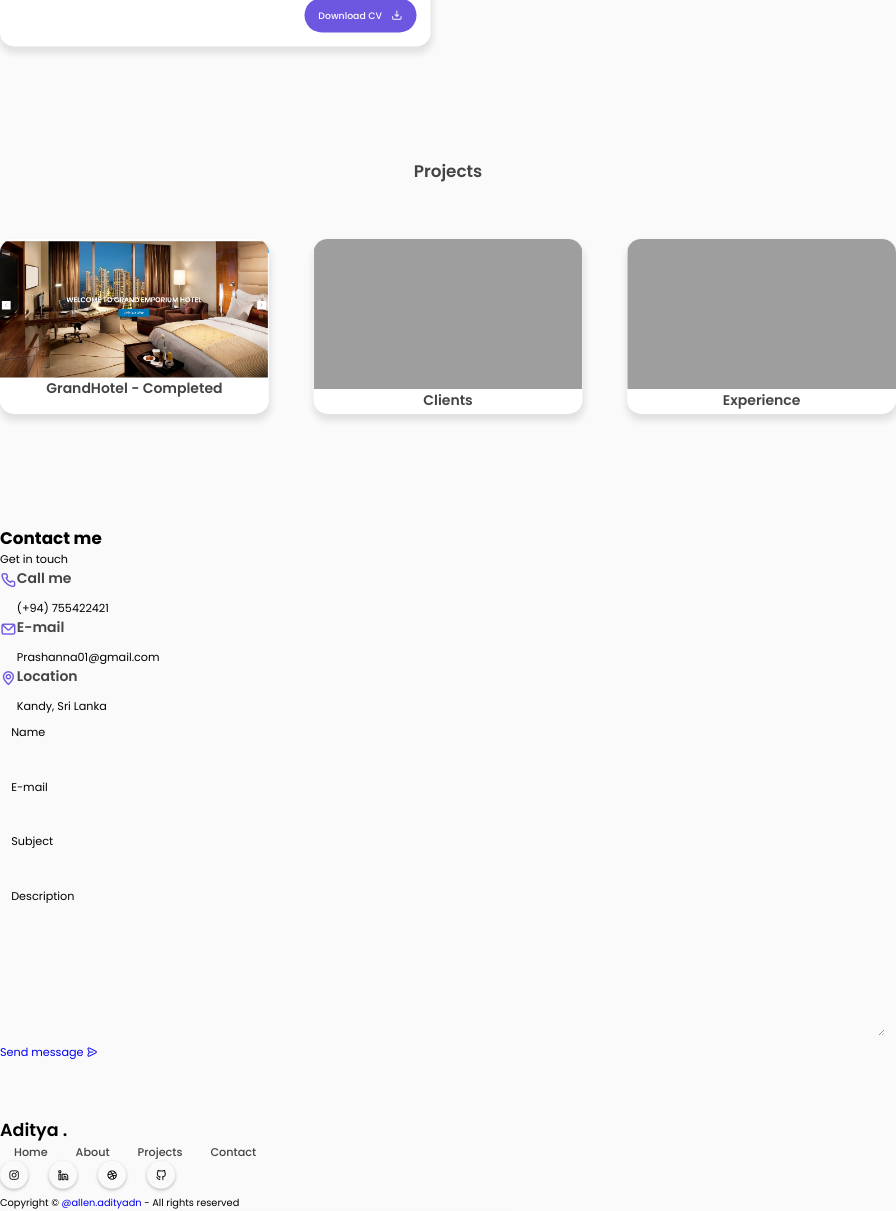
Repository: 4Kbrain/Portofolio
Page: index.html
The author's editor kept a copy of each file at every save. The page is drawn from the files as they stood at one save, then again after the next save.
The browser window is 1280 px wide. The pictures show the part of the page from y = 1085 to 3005 px (the page is 2815 px tall before and 3005 px after), at 70% of full size.
Pictures or frames that could not be fetched are drawn as grey boxes.

Above is the page before, as saved 2024-05-15 16:32:36.
Console error: ReferenceError: ScrollReveal is not defined

After the next save:
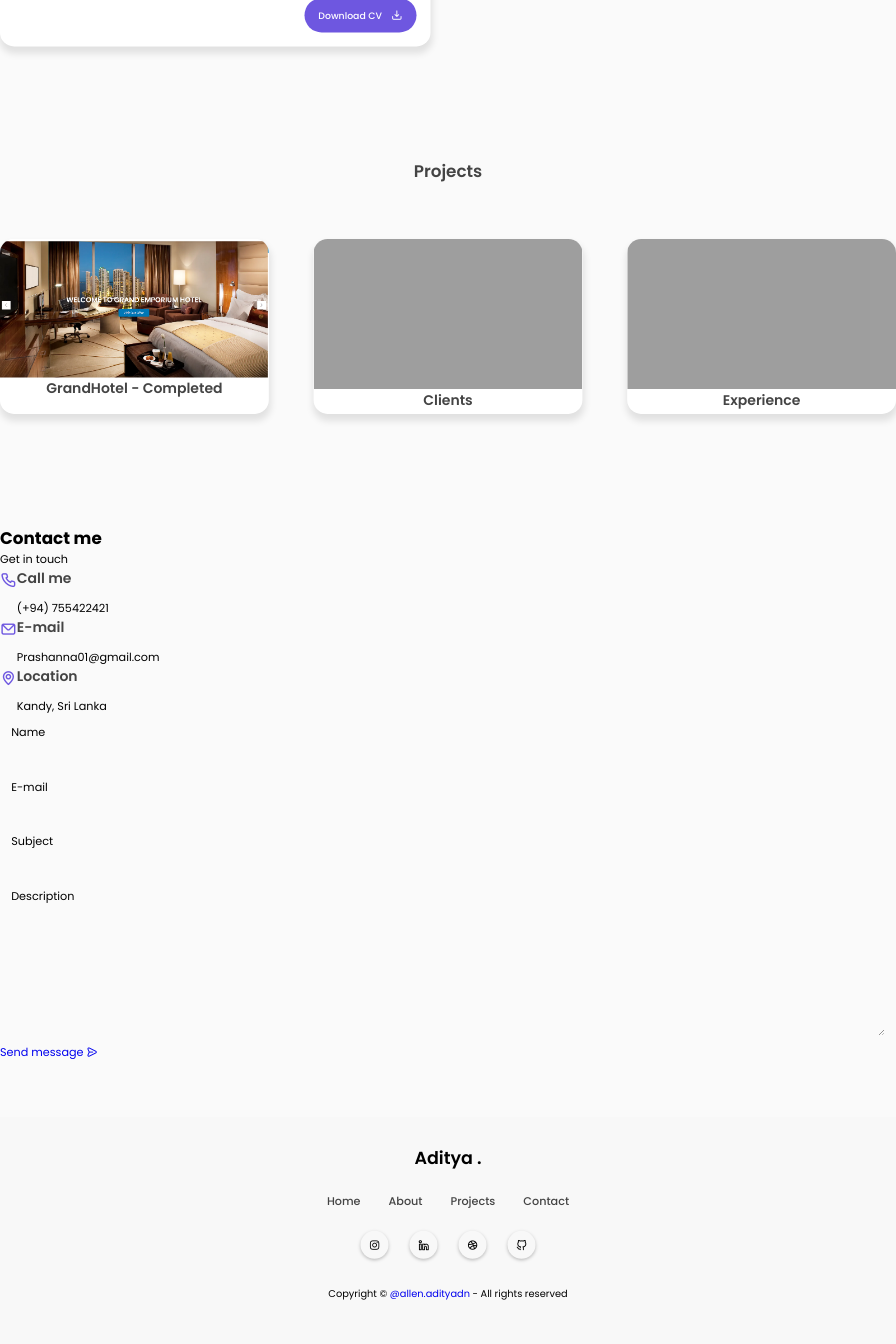
Saved 4 s later.
--- a/assets/css/style.css
+++ b/assets/css/style.css
@@ -433,7 +433,7 @@ h3{
     padding: 0.25rem 0.5rem 0.5rem 0;
   }
 
-  Footer
+  /* Footer */
 footer{
     display: flex;
     justify-content: center;
